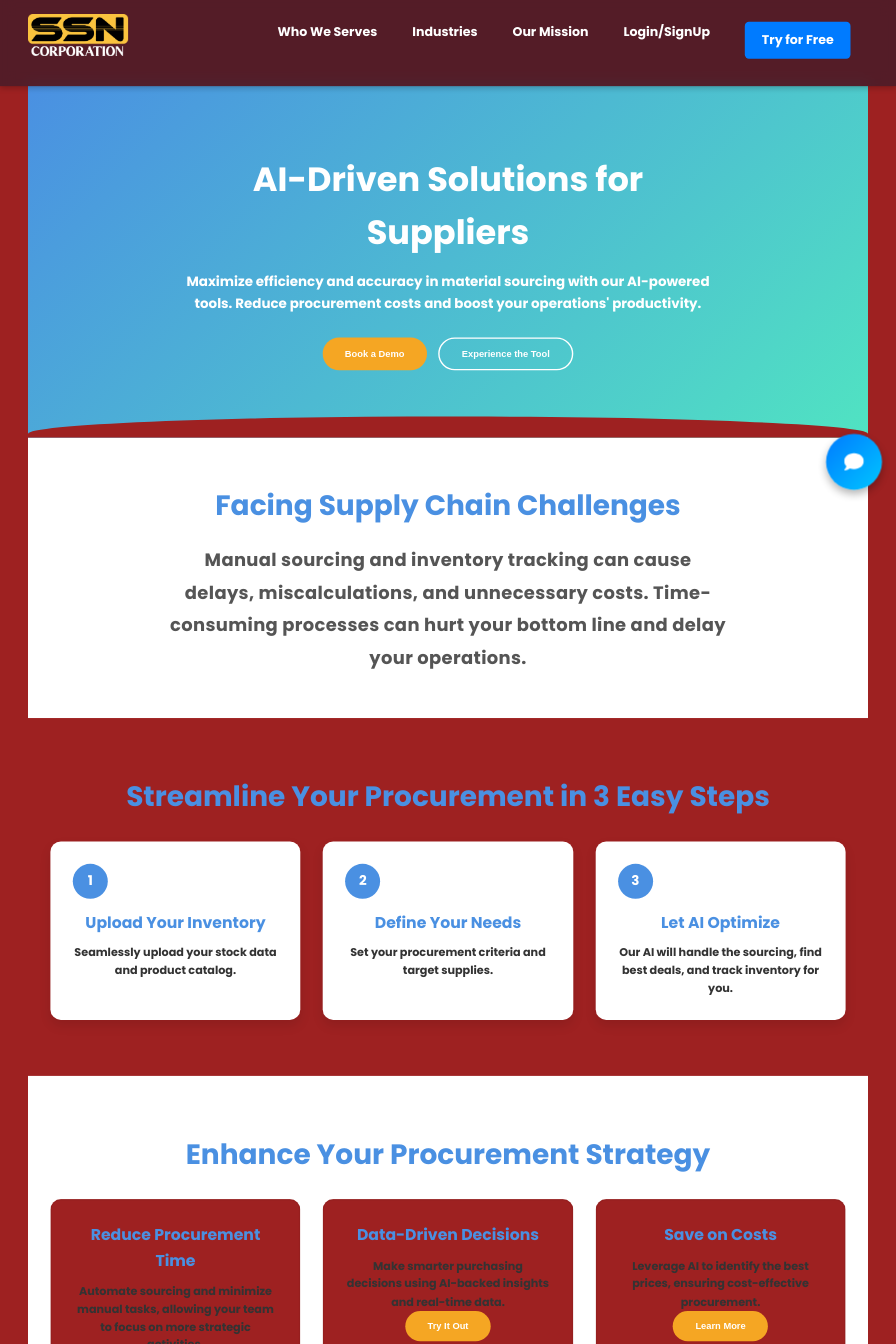
Repository: aabhashbasnet/SSNCorporation
Page: /who-we-serve/suppliers
These files come from the project's save history. The page is drawn as it stood at one moment and after the next save; the edit follows.
The browser window is 1280 px wide. The pictures show the part of the page from y = 0 to 1920 px (the page is 3187 px tall), at 70% of full size.
The project was rebuilt for these pictures with package versions that can differ from the ones it lists, and the page was loaded fresh each time. Also part of the build but not shown: src/components/Main/Main.jsx, src/components/Working/Working.css, src/components/Working/Working.jsx, src/components/Footer/Footer.jsx, src/pages/OurMission/OurMission.jsx, src/pages/LoginSignUp/LoginSignUp.css, src/pages/LoginSignUp/LoginSignUp.jsx, src/pages/Industries/Industries.jsx and 12 more.

Above is the page before, as saved 2025-02-11 13:02:00.

### src/index.css
/* index.css or App.css */
body {
  margin: 0;
  padding: 0;
  font-family: 'Poppins', sans-serif; /* Optional: Add modern typography */
  /* background: linear-gradient(to bottom, #0a192f, #162447); */
  /* background: linear-gradient(to bottom, #0a192f, #004aad); */
  /* background: radial-gradient(circle at top, #00c6ff, #0072ff, #0a192f);
  background: radial-gradient(circle at top, #ff7e5f, #feb47b, #f4f4f4);
  background: radial-gradient(circle at top, #6a11cb, #2575fc);
  background: radial-gradient(circle at top, #ff416c, #ff4b2b); */
  background: radial-gradient(circle at top, #fbc2eb, #a6c1ee);
  color: white; /* Ensures text is readable */
  min-height: 100vh;
}

### src/App.css
.app-container {
  min-height: 100vh;
  display: flex;
  flex-direction: column;
  background-size: cover;
  background-position: center;
}

### src/components/Main/Main.css
/* Ensure the main content takes up the remaining spaces */
html, body {
  height: 100%;
  margin: 0;
}

/* Main content styling */
.main-content {
  padding: 50px 20px;
  text-align: center; /* Center align the content */
  min-height: calc(100vh - 80px); /* Adjust height to fill the remaining space after navbar */
  display: flex;
  flex-direction: column;
  justify-content: center;
  align-items: center; /* Ensure content is centered horizontally */
}

/* Headline styling */
.headline {
  font-family: Verdana, Geneva, Tahoma, sans-serif;
  font-size: 72px; /* Increased font size */
  font-weight: bold;
  color: #333; /* Dark color for readability */
  margin-bottom: 20px;
  line-height: 1.2;
  white-space: normal; /* Allow line breaks */
  display: inline-block; /* Make it an inline-block element */
  max-width: 90%; /* Set a max-width for better control */
}

/* Description styling */
.description {
  font-size: 18px;
  font-weight: bolder;
  color: white; /* Slightly lighter color */
  max-width: 800px; /* Set max-width to avoid overly long lines */
  margin: 0 auto; /* Center align */
  line-height: 1.6;
}

.instant {
  color: red;
}

/* Button container styling */
.button-container {
  display: flex;
  gap: 20px; /* Add space between buttons */
  justify-content: center;
  margin-top: 20px;
  flex-wrap: wrap; /* Ensure buttons wrap on small screens */
  align-items: center; /* Center the buttons */
}

/* Button base styling */
.button {
  padding: 12px 30px;
  font-size: 16px;
  font-weight: bold;
  border: none;
  border-radius: 5px;
  cursor: pointer;
  transition: transform 0.3s ease, background-color 0.3s ease;
  display: inline-block;
}

/* Default button styling (for both buttons) */
.button:hover {
  transform: translateY(-3px);
}

/* "Get Started" button styling */
.button.primary {
  background-color: #007bff; /* Blue color */
  color: white;
  font-size: larger;
}

.button.primary:hover {
  background-color: #0056b3; /* Darker blue on hover */
}

/* "Connect with Us" button styling */
.button.connect {
  background-color: #28a745; /* Green color */
  color: white;
}

.button.connect:hover {
  background-color: #218838; /* Darker green on hover */
}

/* Add some responsive styling */
@media (max-width: 768px) {
  .headline {
    font-size: 48px; /* Adjust the headline font size on mobile */
  }

  .description {
    font-size: 16px; /* Adjust description font size on mobile */
    padding: 0 20px; /* Add padding on sides for better readability */
  }

  .button-container {
    flex-direction: column; /* Stack buttons on mobile */
    align-items: center; /* Center align the buttons */
  }

  .button {
    width: 100%; /* Make buttons full width on small screens */
    max-width: 300px; /* Set a maximum width for buttons */
    margin: 10px 0; /* Add margin for space between buttons */
  }
}

### src/components/Footer/Footer.css
.footer {
    background-color: #333;
    background: #2c3e50; /* Dark blue/gray */
    background: radial-gradient(circle at top, #333, #555);
    background: radial-gradient(circle at top, #4b0082, #2c003e);
    background: radial-gradient(circle at top, #2a2a2a, #3b3b3b);
    background: radial-gradient(circle at top, #2a2a2a, #4e4e4e);

    color: white;
    padding: 30px;
  }

  .footer-content {
    display: flex;
    flex-wrap: wrap;
    justify-content: space-around;
    max-width: 1200px;
    margin: 0 auto;
  }

  .footer-section {
    flex: 1 1 30%;
    margin-bottom: 20px;
    text-align: center;
  }

  .logo {
    width: 120px;
    height: auto;
    margin-bottom: 15px;
  }

  .social-links {
    display: flex;
    justify-content: center; /* Center social icons */
    gap: 20px;
  }

  .social-icon {
    font-size: 28px;
    color: white;
    transition: color 0.3s ease;
  }

  .social-icon:hover {
    color: #0e76a8;
  }


  .footer-section h4 {
    font-size: 1.5rem; /* Use rem for scalable font sizes */
    font-weight: bold;
    margin-bottom: 10px;
    color: rgb(11, 240, 11);
    text-transform: uppercase;
  }
  .footer-nav {
    list-style: none;
    padding: 0;
    margin: 0;
  }

  .footer-nav li {
    margin-bottom: 10px;
  }

  .footer-nav a {
    font-size: 1rem;
    color: hsl(0, 0%, 100%);
    text-decoration: none;
    transition: color 0.3s ease;
  }

  .footer-nav a:hover {
    color: #0e76a8;
  }

  .newsletter {
    display: flex;
    flex-direction: column; /* Stack input and button */
    align-items: center; /* Center content horizontally */
  }

  .email-input {
    padding: 10px;
    border: 1px solid #fff;
    border-radius: 5px;
    width: 80%; /* Make input responsive */
    margin-bottom: 10px;
    background-color: #444;
    color: white;
  }

  .subscribe-button {
    padding: 10px 20px;
    background-color: #d31b1b;
    color: white;
    border: none;
    border-radius: 5px;
    cursor: pointer;
    transition: background-color 0.3s ease;
    width: 80%; /* Make button responsive */
  }

  .subscribe-button:hover {
    background-color: #b91b1b;
  }

  @media screen and (max-width: 768px) {
    .footer-section {
      flex: 1 1 100%; /* Each section takes full width on mobile */
      margin-bottom: 20px; /* Add space between sections */
    }

    .newsletter {
      flex-direction: column; /* Stack input and button vertically */
      align-items: center; /* Center the content horizontally */
    }

    .email-input,
    .subscribe-button {
      width: 100%; /* Full width input and button */
    }

    .footer-nav li {
      margin-bottom: 5px; /* Reduce margin between links */
    }
  }

### src/pages/Industries/Industries.css
/* Import Poppins font */
@import url('https://fonts.googleapis.com/css2?family=Poppins:wght@700&display=swap');

.industries-container {
  padding: 5rem 1rem;
}

.industries-title {
  font-family: Arial, Helvetica, sans-serif;
  text-align: center;
  font-size: 2.9rem;
  color: #1f2937;
  margin-bottom: 1rem;
  font-weight: 1000;
}

.industries-subtitle {
  text-align: center;
  color: #4b5563;
  font-size: 1.125rem;
  max-width: 800px;
  margin: 0 auto 3rem;
  line-height: 1.6;
}

.industries-grid {
  display: grid;
  gap: 2rem;
  grid-template-columns: 1fr;
}

.industry-card {
  background: white;
  padding: 2.5rem;
  border-radius: 1rem;
  box-shadow: 0 4px 6px -1px rgba(0, 0, 0, 0.1);
  transition: transform 0.3s ease, box-shadow 0.3s ease;
}

.industry-card:hover {
  transform: translateY(-5px);
  box-shadow: 0 10px 15px -3px rgba(0, 0, 0, 0.1);
}

.icon-container {
  width: 60px;
  height: 60px;
  border-radius: 50%;
  display: flex;
  align-items: center;
  justify-content: center;
  margin-bottom: 1.5rem;
}

.industry-icon {
  font-size: 2.5rem;
  color: white;
}

.industry-title {
  color: #1f2937;
  font-size: 1.5rem;
  margin: 1.5rem 0 1rem;
  font-weight: 600;
}

.industry-description {
  color: #4b5563;
  line-height: 1.6;
  margin-bottom: 1.5rem;
}

.learn-more-btn {
  color: #3b82f6;
  text-decoration: none;
  font-weight: 500;
  display: inline-flex;
  align-items: center;
  gap: 0.5rem;
  transition: color 0.3s ease;
}

.learn-more-btn:hover {
  color: #2563eb;
}

@media (min-width: 768px) {
  .industries-grid {
    grid-template-columns: repeat(2, 1fr);
  }
}

@media (min-width: 1024px) {
  .industries-grid {
    grid-template-columns: repeat(4, 1fr);
  }

  .industries-title {
    font-size: 3rem;
  }

  .industries-subtitle {
    font-size: 1.25rem;
  }
}

### src/pages/Industries/GeneralConstruction.css
/* Reset and base styles */
* {
  margin: 0;
  padding: 0;
  box-sizing: border-box;
}

body {
  background-color: #f5f7fa;
}

/* General section styling */
section {
  padding: 4rem 2rem;
  max-width: 1200px;
  margin: 0 auto;
}

/* Overview section */
.overview-section {
  display: flex;
  gap: 3rem;
  align-items: center;
  min-height: 80vh;
  background: linear-gradient(135deg, #e8f4fd 0%, #f5f7fa 100%);
  border-radius: 20px;
  margin: 2rem auto;
}

.overview-text {
  flex: 1;
}

.overview-text h1 {
  font-size: 3rem;
  margin-bottom: 1.5rem;
  color: #2c3e50;
  line-height: 1.2;
  font-weight: 700;
}

.overview-text p {
  font-size: 1.1rem;
  line-height: 1.6;
  color: #5a6c7d;
  margin-bottom: 1.5rem;
}

.overview-image {
  flex: 1;
  position: relative;
}

.overview-image img {
  width: 100%;
  height: auto;
  border-radius: 15px;
  box-shadow: 0 20px 40px rgba(0, 0, 0, 0.1);
}

/* Features and Benefits section */
.features-benefits {
  background: linear-gradient(135deg, #f5f7fa 0%, #e8f4fd 100%);
  text-align: center;
  padding: 5rem 2rem;
  border-radius: 20px;
  margin: 2rem auto;
}

.features-benefits h2 {
  font-size: 2.5rem;
  color: #2c3e50;
  margin-bottom: 3rem;
  font-weight: 700;
}

.feature-card {
  background: rgba(255, 255, 255, 0.9);
  padding: 2rem;
  border-radius: 10px;
  box-shadow: 0 10px 20px rgba(0, 0, 0, 0.05);
  transition: transform 0.3s ease;
  text-align: center;
}

.feature-card:hover {
  transform: translateY(-5px);
  background: rgba(255, 255, 255, 0.95);
  box-shadow: 0 15px 30px rgba(0, 0, 0, 0.1);
}

.feature-card i {
  font-size: 2.5rem;
  margin-bottom: 1rem;
}

.feature-card h3 {
  font-size: 1.5rem;
  color: #2c3e50;
  margin-bottom: 1rem;
  font-weight: 600;
}

.feature-card p {
  color: #5a6c7d;
  line-height: 1.5;
}

/* CTA section */
.cta-section {
  text-align: center;
  background: linear-gradient(135deg, #3498db, #2980b9);
  color: white;
  border-radius: 15px;
  margin: 2rem auto;
  padding: 4rem 2rem;
  box-shadow: 0 15px 30px rgba(41, 128, 185, 0.2);
}

.cta-section h2 {
  font-size: 2.5rem;
  margin-bottom: 1.5rem;
  font-weight: 700;
}

.cta-section p {
  font-size: 1.2rem;
  margin-bottom: 2rem;
  max-width: 600px;
  margin-left: auto;
  margin-right: auto;
  line-height: 1.6;
}

.cta-button {
  display: inline-block;
  padding: 1rem 2rem;
  font-size: 1.2rem;
  font-weight: 600;
  text-decoration: none;
  color: white;
  background: linear-gradient(135deg, #28a745, #218838);
  border-radius: 30px;
  transition: all 0.3s ease;
  cursor: pointer;
  border: 2px solid transparent;
  box-shadow: 0 4px 15px rgba(40, 167, 69, 0.2);
}

.cta-button:hover {
  transform: scale(1.05);
  box-shadow: 0 6px 20px rgba(40, 167, 69, 0.3);
  background: linear-gradient(135deg, #218838, #28a745);
  color: white;
  border-color: rgba(255, 255, 255, 0.2);
}

/* Responsive Design */
@media (max-width: 1024px) {
  .features-grid {
      grid-template-columns: repeat(2, 1fr);
  }
}

@media (max-width: 768px) {
  .overview-section {
      flex-direction: column;
      text-align: center;
  }

  .overview-text h1 {
      font-size: 2.5rem;
  }

  .features-grid {
      grid-template-columns: 1fr;
  }

  .cta-section h2 {
      font-size: 2rem;
  }
}

@media (max-width: 480px) {
  section {
      padding: 2rem 1rem;
  }

  .overview-text h1 {
      font-size: 2rem;
  }

  .features-benefits h2 {
      font-size: 2rem;
  }

  .feature-card {
      margin: 0;
  }

  .cta-button {
      width: 90%;
      max-width: 300px;
  }
}

### src/pages/Industries/FacilitiesMaintainance.css
/* Reset and base styles */
* {
  margin: 0;
  padding: 0;
  box-sizing: border-box;
}

body {
  background-color: #f5f7fa;
}

/* General section styling */
section {
  padding: 4rem 2rem;
  max-width: 1200px;
  margin: 0 auto;
}

/* Overview section */
.overview-section {
  display: flex;
  gap: 3rem;
  align-items: center;
  min-height: 80vh;
  background: linear-gradient(135deg, #e8f4fd 0%, #f5f7fa 100%);
  border-radius: 20px;
  margin: 2rem auto;
}

.overview-text {
  flex: 1;
}

.overview-text h1 {
  font-size: 3rem;
  margin-bottom: 1.5rem;
  color: #2c3e50;
  line-height: 1.2;
  font-weight: 700;
}

.overview-text p {
  font-size: 1.1rem;
  line-height: 1.6;
  color: #5a6c7d;
  margin-bottom: 1.5rem;
}

.overview-image {
  flex: 1;
  position: relative;
}

.overview-image img {
  width: 100%;
  height: auto;
  border-radius: 15px;
  box-shadow: 0 20px 40px rgba(0, 0, 0, 0.1);
}

/* Features and Benefits section */
.features-benefits {
  background: linear-gradient(135deg, #f5f7fa 0%, #e8f4fd 100%);
  text-align: center;
  padding: 5rem 2rem;
  border-radius: 20px;
  margin: 2rem auto;
}

.features-benefits h2 {
  font-size: 2.5rem;
  color: #2c3e50;
  margin-bottom: 3rem;
  font-weight: 700;
}

.feature-card {
  background: rgba(255, 255, 255, 0.9);
  padding: 2rem;
  border-radius: 10px;
  box-shadow: 0 10px 20px rgba(0, 0, 0, 0.05);
  transition: transform 0.3s ease;
  text-align: center;
}

.feature-card:hover {
  transform: translateY(-5px);
  background: rgba(255, 255, 255, 0.95);
  box-shadow: 0 15px 30px rgba(0, 0, 0, 0.1);
}

.feature-card i {
  font-size: 2.5rem;
  margin-bottom: 1rem;
}

.feature-card h3 {
  font-size: 1.5rem;
  color: #2c3e50;
  margin-bottom: 1rem;
  font-weight: 600;
}

.feature-card p {
  color: #5a6c7d;
  line-height: 1.5;
}

/* CTA section */
.cta-section {
  text-align: center;
  background: linear-gradient(135deg, #3498db, #2980b9);
  color: white;
  border-radius: 15px;
  margin: 2rem auto;
  padding: 4rem 2rem;
  box-shadow: 0 15px 30px rgba(41, 128, 185, 0.2);
}

.cta-section h2 {
  font-size: 2.5rem;
  margin-bottom: 1.5rem;
  font-weight: 700;
}

.cta-section p {
  font-size: 1.2rem;
  margin-bottom: 2rem;
  max-width: 600px;
  margin-left: auto;
  margin-right: auto;
  line-height: 1.6;
}

.cta-button {
  display: inline-block;
  padding: 1rem 2rem;
  font-size: 1.2rem;
  font-weight: 600;
  text-decoration: none;
  color: white;
  background: linear-gradient(135deg, #28a745, #218838);
  border-radius: 30px;
  transition: all 0.3s ease;
  cursor: pointer;
  border: 2px solid transparent;
  box-shadow: 0 4px 15px rgba(40, 167, 69, 0.2);
}

.cta-button:hover {
  transform: scale(1.05);
  box-shadow: 0 6px 20px rgba(40, 167, 69, 0.3);
  background: linear-gradient(135deg, #218838, #28a745);
  color: white;
  border-color: rgba(255, 255, 255, 0.2);
}

/* Responsive Design */
@media (max-width: 1024px) {
  .features-grid {
      grid-template-columns: repeat(2, 1fr);
  }
}

@media (max-width: 768px) {
  .overview-section {
      flex-direction: column;
      text-align: center;
  }

  .overview-text h1 {
      font-size: 2.5rem;
  }

  .features-grid {
      grid-template-columns: 1fr;
  }

  .cta-section h2 {
      font-size: 2rem;
  }
}

@media (max-width: 480px) {
  section {
      padding: 2rem 1rem;
  }

  .overview-text h1 {
      font-size: 2rem;
  }

  .features-benefits h2 {
      font-size: 2rem;
  }

  .feature-card {
      margin: 0;
  }

  .cta-button {
      width: 90%;
      max-width: 300px;
  }
}

### src/pages/WhoWeServe/Suppliers.css
/* Suppliers.css */

/* CSS Variables & Reset */
:root {
    --primary-color: #4a90e2;       /* A cool blue */
    --secondary-color: #50e3c2;     /* A fresh teal */
    --accent-color: #f5a623;        /* A warm accent (orange-ish) */
    --text-color: #333333;          /* Dark text */
    --light-text: #ffffff;          /* Light text for dark backgrounds */
    --bg-color: #9e2121;
    --card-bg: #ffffff;             /* Card background */
    --transition: all 0.3s ease;
  }

  * {
    margin: 0;
    padding: 0;
    box-sizing: border-box;
  }

  body {
    font-family: 'Poppins', sans-serif;
    background: var(--bg-color);
    color: var(--text-color);
    line-height: 1.6;
  }

  /* Hero Section */
  .hero {
    background: linear-gradient(135deg, var(--primary-color), var(--secondary-color));
    color: var(--light-text);
    padding: 6rem 2rem;
    text-align: center;
    position: relative;
    overflow: hidden;
  }

  .hero::after {
    content: '';
    position: absolute;
    bottom: -20px;
    left: 0;
    width: 100%;
    height: 50px;
    background: var(--bg-color);
    border-radius: 50% 50% 0 0;
  }

  .hero-content {
    position: relative;
    z-index: 1;
    max-width: 800px;
    margin: 0 auto;
  }

  .hero h1 {
    font-size: 3rem;
    margin-bottom: 1rem;
    font-weight: 700;
  }

  .hero p {
    font-size: 1.2rem;
    margin-bottom: 2rem;
  }

  .hero-buttons {
    display: inline-flex;
    gap: 1rem;
    flex-wrap: wrap;
    justify-content: center;
  }

  button {
    padding: 0.9rem 2rem;
    border: none;
    border-radius: 30px;
    font-weight: 600;
    cursor: pointer;
    transition: var(--transition);
  }

  /* Button Styles */
  .cta-demo {
    background: var(--accent-color);
    color: var(--light-text);
  }

  .cta-demo:hover {
    transform: translateY(-2px);
    /* You can adjust the hover effect as needed */
  }

  .cta-experience {
    background: transparent;
    border: 2px solid var(--light-text);
    color: var(--light-text);
  }

  .cta-experience:hover {
    background: rgba(255,255,255,0.2);
    transform: translateY(-2px);
  }

  /* Section Common Styles */
  section {
    padding: 5rem 2rem;
  }

  /* Headings */
  h2 {
    font-size: 2.5rem;
    text-align: center;
    margin-bottom: 2rem;
    color: var(--primary-color);
    font-weight: 700;
  }

  h3 {
    font-size: 1.4rem;
    font-weight: 600;
    margin-bottom: 0.8rem;
    color: var(--primary-color);
  }

  /* Challenges Section */
  .challenges {
    background: var(--card-bg);
    text-align: center;
    padding: 4rem 2rem;
  }

  .challenges h2 {
    margin-bottom: 1.5rem;
  }

  .challenges p {
    font-size: 1.6rem;        /* Larger text for emphasis */
    font-weight: 600;         /* Bolder for impact */
    color: #555;
    max-width: 800px;
    margin: 0 auto;
    line-height: 1.8;
    letter-spacing: 0.5px;
  }

  /* Process Section */
  .process {
    background: var(--bg-color);
    text-align: center;
  }

  .steps {
    display: grid;
    grid-template-columns: repeat(auto-fit, minmax(250px, 1fr));
    gap: 2rem;
    margin-top: 2rem;
  }

  .step {
    background: var(--card-bg);
    padding: 2rem;
    border-radius: 15px;
    box-shadow: 0 8px 16px rgba(0, 0, 0, 0.1);
    transition: var(--transition);
  }

  .step:hover {
    transform: translateY(-5px);
  }

  .step-number {
    width: 50px;
    height: 50px;
    background: var(--primary-color);
    color: var(--light-text);
    border-radius: 50%;
    display: flex;
    align-items: center;
    justify-content: center;
    font-size: 1.2rem;
    font-weight: 700;
    margin-bottom: 1rem;
  }

  /* Benefits Section */
  .benefits {
    background: var(--card-bg);
    text-align: center;
  }

  .benefit-container {
    display: grid;
    grid-template-columns: repeat(auto-fit, minmax(250px, 1fr));
    gap: 2rem;
    margin-top: 2rem;
  }

  .benefit {
    background: var(--bg-color);
    padding: 2rem;
    border-radius: 15px;
    border: 2px solid rgba(0, 0, 0, 0.05);
    transition: var(--transition);
  }

  .benefit:hover {
    transform: translateY(-5px);
    border-color: var(--primary-color);
  }

  /* Testimonials Section */
  .testimonials {
    background: var(--bg-color);
    text-align: center;
    padding: 4rem 2rem;
  }

  .testimonial-container {
    display: grid;
    grid-template-columns: repeat(auto-fit, minmax(280px, 1fr));
    gap: 2rem;
    margin-top: 2rem;
  }

  .testimonial {
    background: var(--card-bg);
    padding: 1.5rem;
    border-radius: 15px;
    box-shadow: 0 8px 16px rgba(0, 0, 0, 0.08);
  }

  .testimonial-image-container {
    width: 80px;
    height: 80px;
    border-radius: 50%;
    overflow: hidden;
    margin: 0 auto 1rem;
    border: 3px solid var(--primary-color);
  }

  .testimonial-image {
    width: 100%;
    height: 100%;
    object-fit: cover;
  }

  .testimonial p {
    font-size: 1rem;
    font-style: italic;
    color: #666;
    margin-bottom: 0.5rem;
  }

  .testimonial span {
    font-size: 0.9rem;
    color: #888;
  }

  /* Categories Section */
  .categories {
    background: var(--card-bg);
    text-align: center;
    padding: 4rem 2rem;
  }

  .categories ul {
    display: flex;
    flex-wrap: wrap;
    gap: 1rem;
    justify-content: center;
    margin-top: 2rem;
  }

  .categories li {
    background: var(--bg-color);
    color: var(--primary-color);
    padding: 0.8rem 1.5rem;
    border-radius: 50px;
    font-weight: 500;
    transition: var(--transition);
  }

  .categories li:hover {
    background: var(--primary-color);
    color: var(--light-text);
    transform: translateY(-2px);
  }

  /* Final Call-to-Action Section */
  .cta-final {
    background: var(--accent-color);
    color: var(--light-text);
    text-align: center;
    padding: 5rem 2rem;
    position: relative;
    overflow: hidden;
  }

  .cta-final::before {
    content: '';
    position: absolute;
    top: -50%;
    left: -50%;
    width: 200%;
    height: 200%;
    background: radial-gradient(circle at center, rgba(255,255,255,0.2), transparent);
    transform: rotate(45deg);
  }

  .cta-final h2 {
    font-size: 2.5rem;
    margin-bottom: 2rem;
    position: relative;
    z-index: 1;
  }

  .cta-buttons {
    display: inline-flex;
    gap: 1rem;
    position: relative;
    z-index: 1;
  }

  .cta-free {
    background: var(--light-text);
    color: var(--accent-color);
  }

  .cta-free:hover {
    background: #fff;
    transform: translateY(-2px);
  }

  /* Responsive Design */
  @media (max-width: 768px) {
    .hero h1 {
      font-size: 2.5rem;
    }

    .hero p {
      font-size: 1rem;
    }

    h2 {
      font-size: 2rem;
    }

    .cta-final h2 {
      font-size: 2rem;
    }
  }

Loaded but not shown: public/index.html (common file); src/index.js (common file); src/reportWebVitals.js (common file); src/App.js (63 lines, source omitted); src/components/FloatingChatButton/FloatingChatButton.jsx (177 lines, source omitted); src/components/FloatingChatButton/FloatingChatButton.css (285 lines, source omitted); src/components/Navbar/Navbar.jsx (138 lines, source omitted); src/pages/WhoWeServe/Suppliers.jsx (136 lines, source omitted); src/components/Navbar/Navbar.css (231 lines, source omitted); src/pages/Industries/Paving.css (214 lines, source omitted); src/pages/Industries/Landscaping.css (213 lines, source omitted); src/pages/OurMission/OurMission.css (228 lines, source omitted)

After the next save:
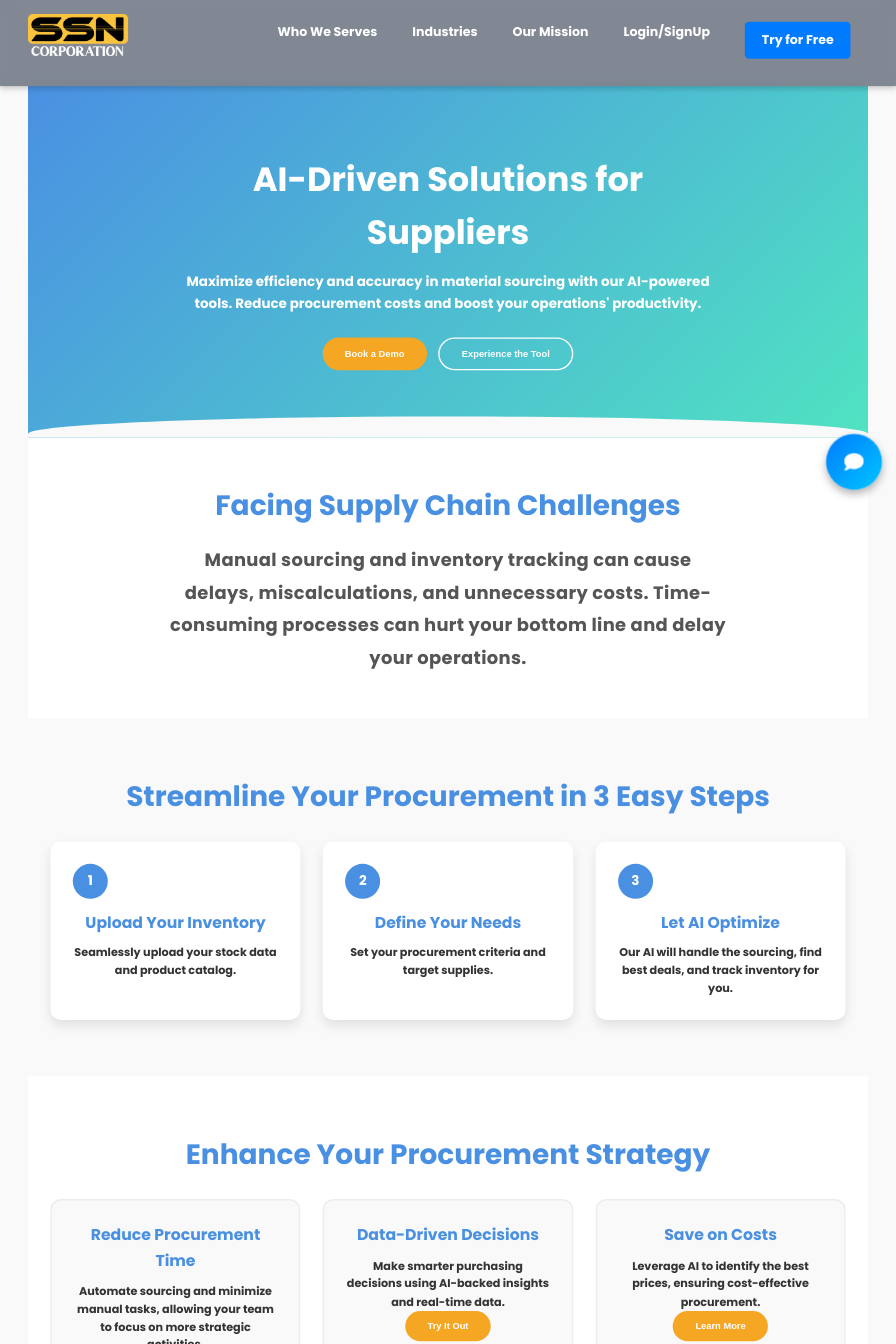
Saved 17 s later.
--- a/src/pages/WhoWeServe/Suppliers.css
+++ b/src/pages/WhoWeServe/Suppliers.css
@@ -7,7 +7,7 @@
     --accent-color: #f5a623;        /* A warm accent (orange-ish) */
     --text-color: #333333;          /* Dark text */
     --light-text: #ffffff;          /* Light text for dark backgrounds */
-    --bg-color: #9e2121;
+    --bg-color: #f9f9f9;
     --card-bg: #ffffff;             /* Card background */
     --transition: all 0.3s ease;
   }
